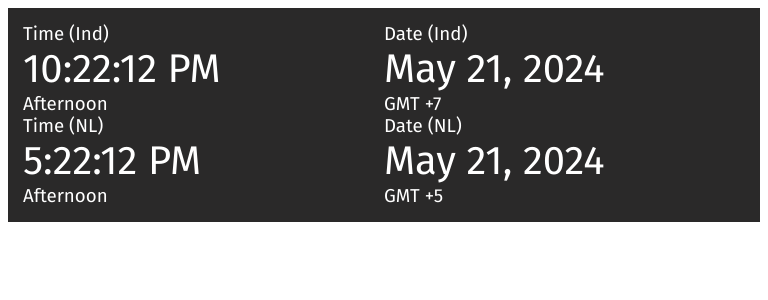
Repository: SnakeXrnt/notion-clock
Page: index.html
An editor plug-in stored every save of this project. The page is shown before and after the next save, followed by the edit.
The browser window is 768 px wide. The pictures show the whole page.

Above is the page before, as saved 2024-05-21 15:44:53.

### index.html
<!DOCTYPE html>
<html lang="en">
<head>
    <meta charset="UTF-8">
    <meta name="viewport" content="width=device-width, initial-scale=1.0">
    <title>Notion Dashboard VP</title>
    <link rel="preconnect" href="https://fonts.googleapis.com">
    <link rel="preconnect" href="https://fonts.gstatic.com" crossorigin>
    <link href="https://fonts.googleapis.com/css2?family=Fira+Sans:ital,wght@0,100;0,200;0,300;0,400;0,500;0,600;0,700;0,800;0,900;1,100;1,200;1,300;1,400;1,500;1,600;1,700;1,800;1,900&display=swap" rel="stylesheet">
    <link rel="stylesheet" href="style.css">
    <script src="script.js" defer></script>
</head>
<body>
    <div class="main">
        <div class="time">
            <div class="indonesia">
                <div class="left">
                    <h3>Time (Ind)</h3>
                    <h1 class="time-now-ind">time-now-idn</h1>
                    <h3 class="status-ind">status-ind</h3>
                </div>
                <div class="right">
                    <h3>Date (Ind)</h3>
                    <h1 class="date-now-ind">date-now-idn</h1>
                    <h3>GMT +7</h3>

                </div>
            </div>
            <div class="netherlands">
                <div class="left">
                    <h3>Time (NL)</h3>
                    <h1 class="time-now-nl">time-now-nl</h1>
                    <h3 class="status-nl">
                        status-nl
                    </h3>
                </div>
                <div class="right">
                    <h3>Date (NL)</h3>
                    <h1 class="date-now-nl">date-now-nl</h1>
                    <h3>GMT +5</h3>

                </div>
            </div>

        </div>
        <div id="weather-info">
            <!-- Weather forecast will be displayed here -->
        </div>
    </div>
</body>
</html>

### style.css
.main {
    display: flex;
    flex-direction: column;
    background-color: rgb(42, 41, 41);
    border: 2vw solid rgb(42, 41, 41);
}

.time {
    display: flex;
    width: 100%;
    justify-content: space-evenly;
}

.time .left, .right {
    width: 25vw;
    height: max-content;
    justify-content: space-evenly;

}

.time .indonesia, .netherlands {
    display: flex;
}



.time h1, h2, h3 {
    margin: 0px;
    font-family: "Fira Sans", sans-serif;
    font-weight: 400;
    font-style: normal;
    color: white;
}

body {
    overflow-x: hidden;
}

@media screen and (max-width: 768px) {
    .time {
        display: flex;
        flex-direction: column  ;
    }

    .time .left, .right {
        width: 50vw;
        height: max-content;
        justify-content: space-evenly;

    }

    .time h1{
        font-size: 5vh;
    }


}

### script.js
document.addEventListener("DOMContentLoaded", function() {
    function getStatus(time) {
        let status = '';
        const hour = time.getHours();

        if (hour >= 5 && hour < 7) {
            status = 'Dawn';
        } else if (hour >= 7 && hour < 12) {
            status = 'Morning';
        } else if (hour >= 12 && hour < 15) {
            status = 'Mid-day';
        } else if (hour >= 15 && hour < 18) {
            status = 'Afternoon';
        } else if (hour >= 18 && hour < 21) {
            status = 'Evening';
        } else {
            status = 'Mid-night';
        }

        return status;
    }

    function updateTimeAndDate(countryCode, timeElementClass, dateElementClass, statusElementClass) {
        const now = new Date();
        const options = { timeZone: countryCode };
        const timeElement = document.querySelector('.' + timeElementClass);
        const dateElement = document.querySelector('.' + dateElementClass);
        const statusElement = document.querySelector('.' + statusElementClass);

        timeElement.textContent = now.toLocaleTimeString('en-US', options);
        dateElement.textContent = now.toLocaleDateString('en-US', {
            month: 'long',
            day: 'numeric',
            year: 'numeric'
        }, options);

        const status = getStatus(now);
        statusElement.textContent = status;
    }

    function updateEverySecond() {
        // Update time, date, and status for Indonesia
        updateTimeAndDate('Asia/Jakarta', 'time-now-ind', 'date-now-ind', 'status-ind');

        // Update time, date, and status for Netherlands
        updateTimeAndDate('Europe/Amsterdam', 'time-now-nl', 'date-now-nl', 'status-nl');
    }

    // Update every second
    setInterval(updateEverySecond, 1000);

    // Initial update
    updateEverySecond();
});

After the next save:
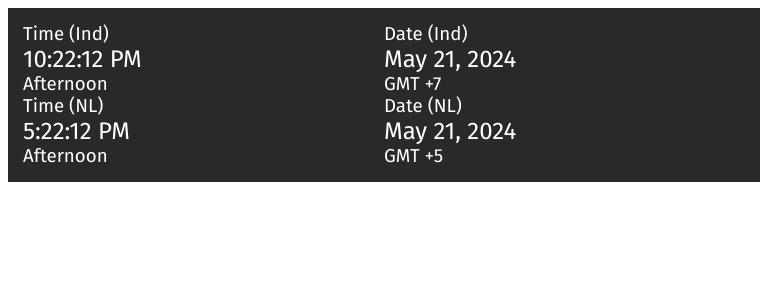
Saved 6 s later.
--- a/style.css
+++ b/style.css
@@ -50,7 +50,7 @@ body {
     }
 
     .time h1{
-        font-size: 5vh;
+        font-size: 3vh;
     }
 
 
